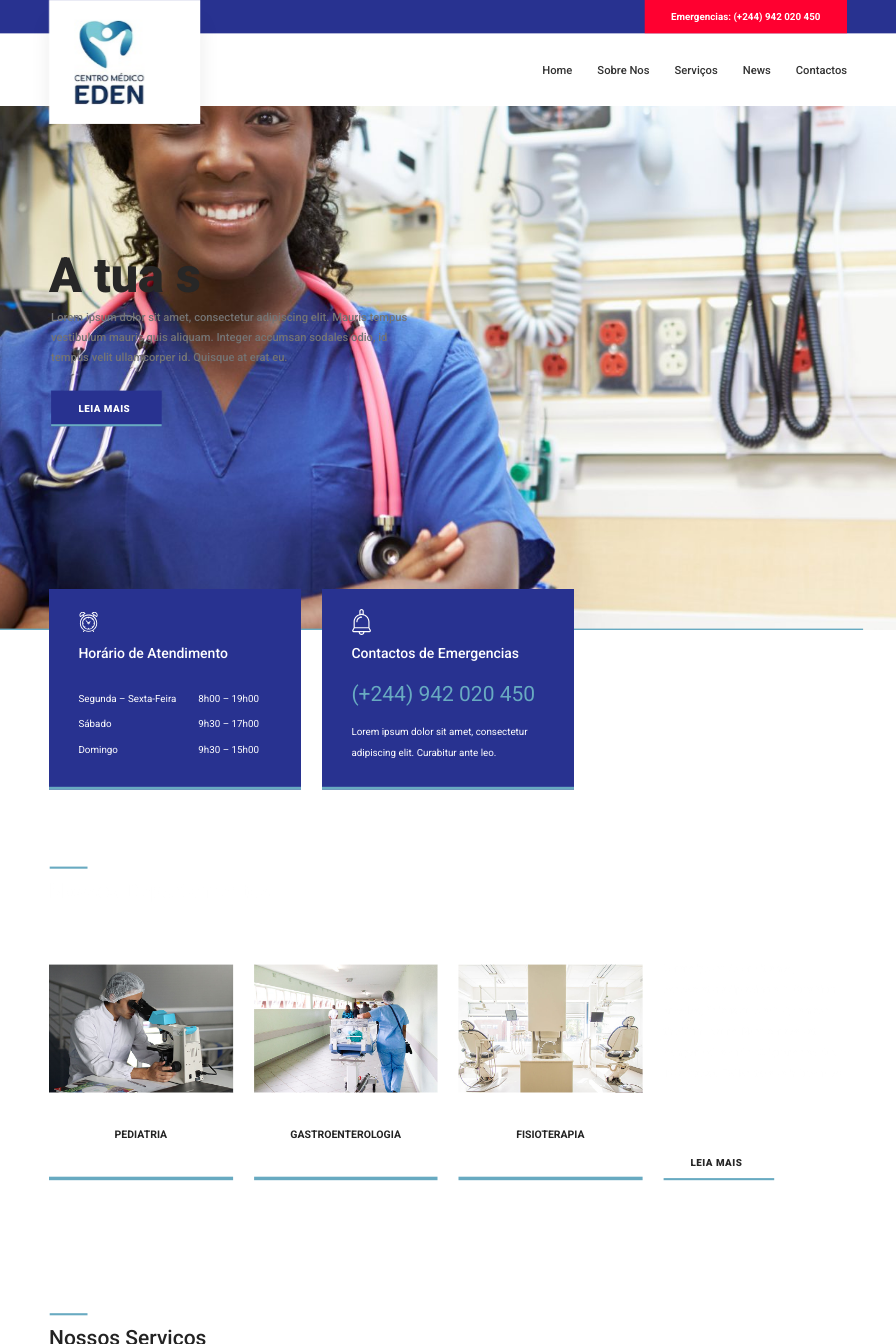
Repository: Nanitamo/centro-medico-eden-webpage
Page: http://localhost/
An editor plug-in stored every save of this project. The page is shown before and after the next save, followed by the edit.
The browser window is 1280 px wide. The pictures show the part of the page from y = 0 to 1920 px (the page is 4002 px tall), at 70% of full size.
The page is run by PHP 8.4 with error messages shown; the project is at /var/www/html/.

Above is the page before, as saved 2020-06-18 17:42:58.

After the next save:
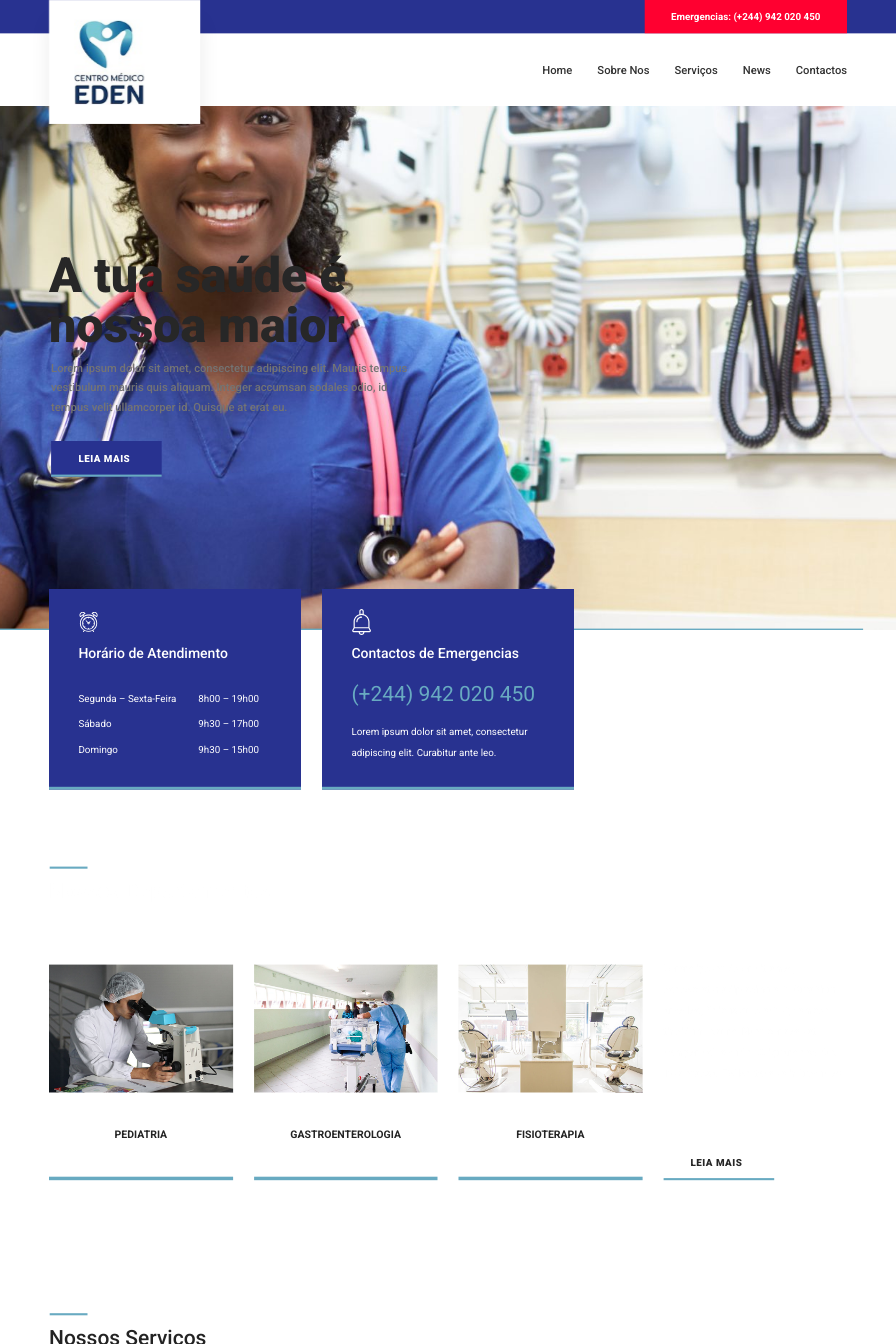
Saved 13 s later.
--- a/index.php
+++ b/index.php
@@ -141,7 +141,7 @@
 							<div class="row">
 								<div class="col">
 									<div class="home_content_inner">
-										<div class="home_title"><h1>A tua s</h1></div>
+										<div class="home_title"><h1>A tua saúde é nossoa maior</h1></div>
 										<div class="home_text">
 											<p>Lorem ipsum dolor sit amet, consectetur adipiscing elit. Mauris tempus vestibulum mauris quis aliquam. Integer accumsan sodales odio, id tempus velit ullamcorper id. Quisque at erat eu.</p>
 										</div>
